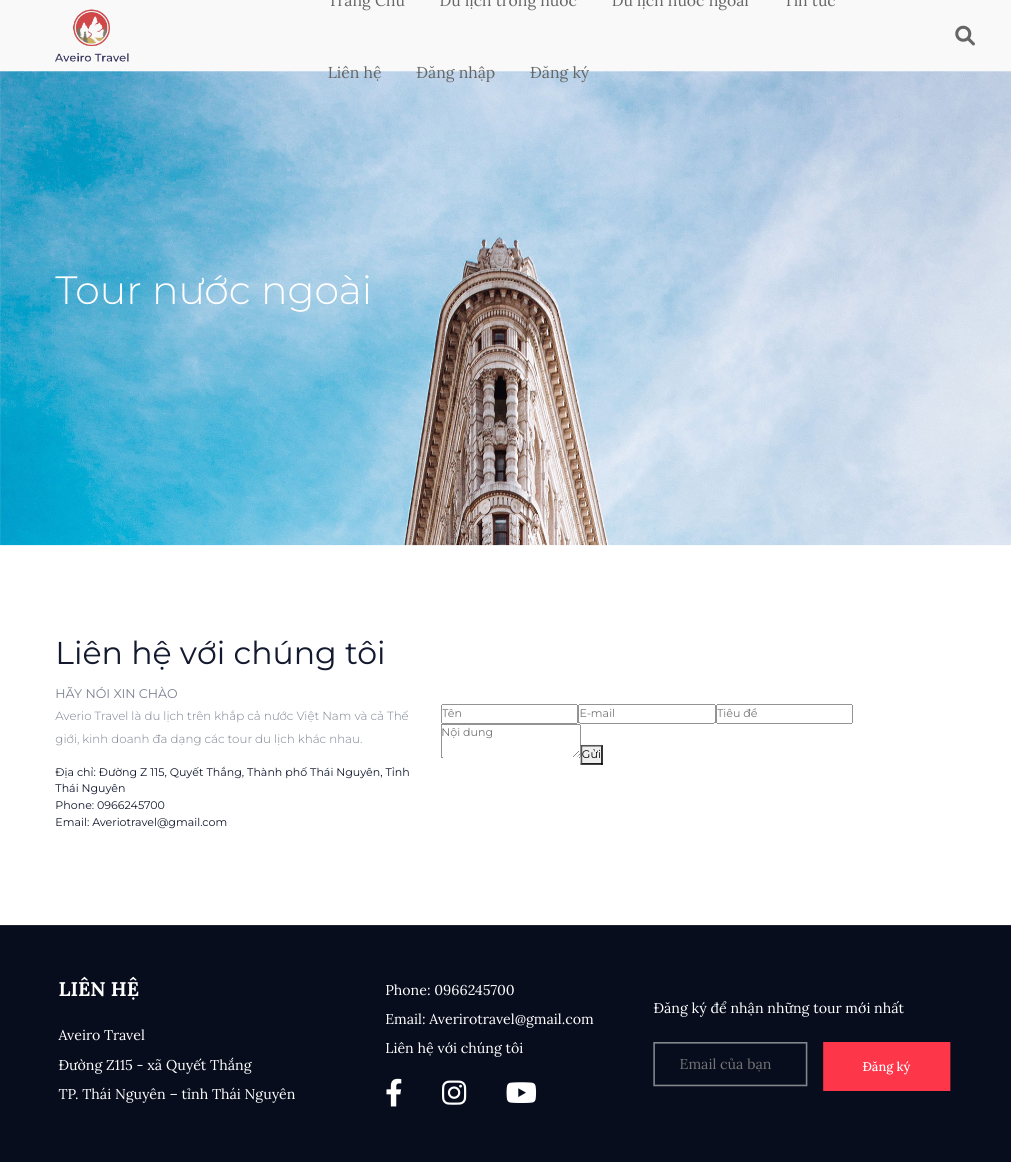
Repository: tuan842001/demotest
Page: /contact
The author's editor kept a copy of each file at every save. The page is drawn from the files as they stood at one save, then again after the next save.
The browser window is 1280 px wide. The pictures show the whole page, at 79% of full size.
The project was rebuilt for these pictures with package versions that can differ from the ones it lists, and the page was loaded fresh each time. Also part of the build but not shown: src/components/header/HeaderHome.jsx, src/components/top/top.css, src/components/post/post.css, src/components/post/Post.jsx, src/components/intourPost/intourPost.css, src/components/intourPost/IntourPost.jsx, src/components/posts/posts.css, src/components/posts/Posts.jsx and 18 more.

Above is the page before, as saved 2021-10-16 18:39:53.

### public/index.html
<!DOCTYPE html>
<html lang="en">
  <head>
    <meta charset="utf-8" />
    <link rel="icon" href="%PUBLIC_URL%/favicon.ico" />
    <meta name="viewport" content="width=device-width, initial-scale=1" />
    <meta name="theme-color" content="#000000" />
    <meta name="description" content="Web site created using create-react-app"/>
    <link href="https://fonts.googleapis.com/css2?family=Lora:wght@400;500;600;700&display=swap" rel="stylesheet">
    <link rel="stylesheet" href="https://cdnjs.cloudflare.com/ajax/libs/font-awesome/6.0.0-beta2/css/all.min.css" integrity="sha512-YWzhKL2whUzgiheMoBFwW8CKV4qpHQAEuvilg9FAn5VJUDwKZZxkJNuGM4XkWuk94WCrrwslk8yWNGmY1EduTA==" crossorigin="anonymous" referrerpolicy="no-referrer" />
    <link href="https://fonts.googleapis.com/css2?family=Lora:ital,wght@1,700&family=Montserrat:wght@200&display=swap" rel="stylesheet">
    <link href="https://fonts.googleapis.com/css2?family=Montserrat:wght@400;500;600;700;800;900&display=swap" rel="stylesheet">
	  <Link rel="stylesheet" href="./assets/styles/bootstrap4/popper.js">
	  <Link rel="stylesheet" href="./assets/styles/bootstrap4/bootstrap.min.js">
	  <Link rel="stylesheet" href="./assets/styles/bootstrap4/bootstrap.min.css">
	  <Link rel="stylesheet" href="./assets/styles/plugins/OwlCarousel2-2.2.1/owl.carousel.css">
	  <Link rel="stylesheet" href="./assets/styles/main_styles.css">
      <!--  -->
      <link rel="stylesheet"  href="./assets/styles/bootstrap4/bootstrap.min.css">
      <Link rel="stylesheet"  href="./assets/styles/js/jquery-3.2.1.min.js">
      <Link rel="stylesheet"  href="./assets/styles/bootstrap4/popper.js">
      <Link rel="stylesheet"  href="./assets/styles/bootstrap4/bootstrap.min.js">
      <Link rel="stylesheet"  href="./assets/plugins/OwlCarousel2-2.2.1/owl.carousel.js">
      <Link rel="stylesheet"  href="./assets/plugins/easing/easing.js">
      <Link rel="stylesheet"  href="./assets/plugins/parallax-js-master/parallax.min.js">
      <Link rel="stylesheet"  href="./assets/plugins/magnific-popup/jquery.magnific-popup.min.js">
      <Link rel="stylesheet"  href="./assets/styles/js/custom.js">
      <!--  -->
      <link
      rel="stylesheet"
      href="https://unpkg.com/swiper/swiper-bundle.min.css"
    />
    <title>Aveiro Travel</title>
  </head>
  <body>
    <noscript>You need to enable JavaScript to run this app.</noscript>
    <div id="root"></div>
  </body>
</html>

### src/pages/contact/Contact.jsx
import HeaderOuttour from "../../components/header/HeaderOuttour";
import Bottombar from "../../components/bottombar/Bottombar";
import "./contact.css";

export default function Contact() {
  return (
    <>
      <HeaderOuttour />
      <div className="contact">
        <div className="container">
          <div className="row">
            <div className="col">
              <div className="contactTitle">Liên hệ với chúng tôi</div>
              <div className="contactSubtitle">Hãy nói xin chào</div>
            </div>
          </div>
          <div className="row contactContent">
            <div className="col-lg-5">
              <div className="contactText">
                <p>
                  Averio Travel là du lịch trên khắp cả nước Việt Nam và cả Thế
                  giới, kinh doanh đa dạng các tour du lịch khác nhau.
                </p>
              </div>
              <div className="ContactInfo">
                <div className="contactInfoContainer">
                  <ul>
                    <li>
                      Địa chỉ: Đường Z 115, Quyết Thắng, Thành phố Thái Nguyên,
                      Tỉnh Thái Nguyên
                    </li>
                    <li>Phone: 0966245700</li>
                    <li>Email: Averiotravel@gmail.com</li>
                  </ul>
                </div>
              </div>
            </div>
            <div className="col-lg-7">
              <div className="ContactFormContainer">
                <form action="#" id="contact_form" class="clearfix">
                  <input
                    id="contact_input_name"
                    class="contact_input contact_input_name"
                    type="text"
                    placeholder="Tên"
                    required="required"
                    data-error="Name is required."
                  />
                  <input
                    id="contact_input_email"
                    class="contact_input contact_input_email"
                    type="text"
                    placeholder="E-mail"
                    required="required"
                    data-error="E-mail is required."
                  />
                  <input
                    id="contact_input_subject"
                    class="contact_input contact_input_subject"
                    type="text"
                    placeholder="Tiêu đề"
                  />
                  <textarea
                    id="contact_input_message"
                    class="contact_message_input contact_input_message"
                    name="message"
                    placeholder="Nội dung"
                    required="required"
                    data-error="Please, write us a message."
                  ></textarea>
                  <button
                    id="contact_send_btn"
                    type="submit"
                    class="contact_send_btn trans_200"
                    value="Submit"
                  >
                    Gửi
                  </button>
                </form>
              </div>
            </div>
          </div>
        </div>
      </div>
      <Bottombar />
    </>
  );
}

### src/components/topbar/TopBar.jsx
import { Link } from "react-router-dom";
import React from "react";
import "./topbar.css";

export default function TopBar() {
  const user = false;
  return (
    <div className="top">
      <div className="topLeft">
        <img
          className="topImg"
          src="./assets/images/logoAveiroTravel.png"
          alt=""
        />
      </div>
      <div className="topCenter">
        <ul className="topList">
          <li className="topListItem">
            <Link
              style={{
                textDecoration: "none",
                color: "inherit",
                fontsize: "20px",
              }}
              to="/"
            >
              Trang Chủ
            </Link>
          </li>
          <li className="topListItem">
            <Link
              style={{
                textDecoration: "none",
                color: "inherit",
                fontsize: "20px",
              }}
              to="/intour"
            >
              Du lịch trong nước
            </Link>
          </li>
          <li className="topListItem">
            <Link
              style={{
                textDecoration: "none",
                color: "inherit",
                fontsize: "20px",
              }}
              to="/outtour"
            >
              Du lịch nước ngoài
            </Link>
          </li>
          <li className="topListItem">
            <Link
              style={{
                textDecoration: "none",
                color: "inherit",
                fontsize: "20px",
              }}
              to="/intour"
            >
              Tin tức
            </Link>
          </li>
          <li className="topListItem">
            <Link
              style={{
                textDecoration: "none",
                color: "inherit",
                fontsize: "20px",
              }}
              to="/contact"
            >
              Liên hệ
            </Link>
          </li>
          <li className="topListItem">
            <Link
              style={{
                textDecoration: "none",
                color: "inherit",
                fontsize: "20px",
              }}
              to="/login"
            >
              Đăng nhập
            </Link>
          </li>
          <li className="topListItem">
            <Link
              style={{
                textDecoration: "none",
                color: "inherit",
                fontsize: "20px",
              }}
              to="/register"
            >
              Đăng ký
            </Link>
          </li>
        </ul>
      </div>
      <div className="topRight">
        <i className="topSearchIcon fas fa-search"></i>
      </div>
    </div>
  );
}

### src/components/bottombar/Bottombar.jsx
import "./bottombar.css";

export default function Bottombar() {
  return (
    <div className="bottombar">
      <div className="bottomLeft">
        <span className="bottomTitle">LIÊN HỆ</span>
        <span className="bottomText">Aveiro Travel</span>
        <span className="bottomText">Đường Z115 - xã Quyết Thắng</span>
        <span className="bottomText">TP. Thái Nguyên – tỉnh Thái Nguyên</span>
      </div>
      <div className="bottomCenter">
        <span className="bottomText">Phone: 0966245700</span>
        <span className="bottomText">Email: Averirotravel@gmail.com</span>
        <span className="bottomText">
          Liên hệ với chúng tôi <i></i>
        </span>
        <div className="bottomItem">
          <i className="bottomIcon fab fa-facebook-f"></i>
          <i className="bottomIcon fab fa-instagram"></i>
          <i className="bottomIcon fab fa-youtube"></i>
        </div>
      </div>
      <div className="bottomRight">
        <span className="bottomText">Đăng ký để nhận những tour mới nhất</span>
        <div className="bottomSubscribe">
          <input
            type="email"
            id="bottom_input"
            className="bottom_input"
            placeholder="Email của bạn"
          />
          <button type="submit" id="bottom_button" class="bottom_button">
            Đăng ký
          </button>
        </div>
      </div>
    </div>
  );
}

### src/app.css
*{
    margin: 0;
    padding: 0;
    -webkit-font-smoothing: antialiased;
    -webkit-text-shadow: rgba(0,0,0,.01) 0 0 1px;
    text-shadow: rgb(0 0 0 / 1%) 0 0 1px;
}
body{
    font-family: 'Montserrat', sans-serif;
    font-size: 14px;
    font-weight: 400;
    background: #FFFFFF;
    color: #131a2f;
}
ul{
    list-style: none;
    margin-bottom: 0px;
    padding-left: 0rem !important;
}
a{
    display: block;
    font-size: 16px;
    font-weight: 500;
    line-height: 56px;
    text-decoration: none;
    background-color: transparent;
}

.sectionTitle{
    padding-top: 30px;
    line-height: 1.1;
    font-size: 40px;
    font-weight: 300;
    text-align: center!important;

}
.sectionTitle div {
    font-size: 16px;
    font-weight: 600;
    color: #7d8293;
    text-transform: uppercase;
    margin-top: 19px;
}
img{
    vertical-align: middle;
    border-style: none;
}
/* div{
    display: block;
    position: relative;
    -webkit-box-sizing: border-box;
    -moz-box-sizing: border-box;
    box-sizing: border-box;
} */


.dropdown-content {
    display: none;
    position: absolute;
    right: 0;
    top: 100%;
    margin: 0;
    width: 100%;
    background: #FFFFFF;

    z-index: 1;
    box-shadow: 0 15px 25px rgb(63 78 100 / 15%);
}

.dropdown:hover .dropdown-content {
    display: block;
}
.btn-primary {
    color: #fff;
    background-color: #fe435b;
    border-color: #fe435b;
    font-weight: 500;
}

### src/components/header/HeaderOuttour.jsx
import "./header.css";

export default function HeaderOuttour() {
  return (
    <div>
      <div className="headerIntour">
        <div className="headerIntourBackground">
          <img src="./assets/images/news.jpg" alt="" />
        </div>
        <div class="container">
          <div class="row">
            <div class="col">
              <div class="header_content">
                <div class="header_content_inner">
                  <div class="header_title">Tour nước ngoài</div>
                  <div class="header_breadcrumbs">
                    <ul class="header_breadcrumbs_list">
                      <li class="header_breadcrumb"></li>
                    </ul>
                  </div>
                </div>
              </div>
            </div>
          </div>
        </div>
      </div>
    </div>
  );
}

### src/pages/contact/contact.css
.contact {
    padding-top: 107px;
    padding-bottom: 120px;
}
.contactTitle {
    font-size: 40px;
    font-weight: 400;
    color: #131a2f;
}
.contactSubtitle {
    font-size: 16px;
    text-transform: uppercase;
    color: #7d8293;
    margin-top: 10px;
}
.contactInfo {
    margin-top: 75px;
}

### src/components/topbar/topbar.css
.top{
    width: 100%;
    height: 90px;
    background-color: #f9f9f9;
    position: sticky;
    top: 0;
    display: flex;
    align-items: center;
    font-family: 'Lora', serif;
    color: #666;
    z-index: 999;
}

.topLeft{
    flex: 2;
    display: flex;
    align-items: center;
    justify-content: center;
}
.topCenter{
    flex: 8;
}
.topCenter ul{
    padding-left: 10rem !important;
}
.topRight{
    flex: 1;
    display: inline-flex;
    height: 100%;
}
.topImg{
    width: 140px;
    height: 90px;
    object-fit: cover;
}
.topList{
    height: 100%;
}
.topListItem{
    display: inline-block;
    position: relative;
    padding-top: 2px;
}
.topListItem a {
    display: block;
    font-size: 20px;
    font-weight: 400;
    line-height: 90px;
    padding-left: 22px;
    padding-right: 22px;
}
.topSearchIcon{
    font-size: 25px;
    width: 100%;
    color: #666;
    text-align: center;
    margin-left: auto;
    margin-right: auto;
    line-height: 90px;
    cursor: pointer;
}
.topListItem.active::after {
    display: block;
    position: absolute;
    bottom: 1px;
    left: 0;
    width: 100%;
    height: 3px;
    background: #fe435b;
    content: '';
}

### src/components/bottombar/bottombar.css
.bottombar{
    width: 100%;
    height: 300px;
    background-color: #080d1d;
    display: flex;
    align-items: center;
    font-family: 'Lora', serif;
    color: #fff;
    font-size: 18px;
    position: absolute;
}
.bottomLeft, .bottomCenter {
    flex: 3;
    display: flex;
    flex-direction: column;
    justify-content: center;
    margin-left: 74px;
}

.bottomRight{
    flex: 4;
    display: flex;
    flex-direction: column;
    justify-content: center;
}
.bottomTitle{
    font-size: 25px;
    font-weight: 700;
    margin-bottom: 25px;
}
.bottomText{
    margin-bottom: 10px;
}
.bottomIcon{
    font-size: 35px;
    margin-top: 15px;
    margin-right: 50px;
    cursor: pointer;
}
.bottomSubscribe{
    display: flex;
    margin-top: 20px;
}
.bottom_input{
    width: calc(65% - 100px);
    height: 56px;
    border: solid 2px rgba(255,255,255,0.5);
    outline: none;
    background: transparent;
    padding-left: 31px;
    color: #FFFFFF;
}
.bottom_button{
    width: 161px;
    height: 62px;
    vertical-align: top;
    cursor: pointer;
    border: none;
    outline: none;
    background: #fe364a;
    color: #FFFFFF;
    font-size: 16px;
    margin-left: 20px;
    font-weight: 500;
    -webkit-transition: all 200ms ease;
    -moz-transition: all 200ms ease;
    -ms-transition: all 200ms ease;
    -o-transition: all 200ms ease;
    transition: all 200ms ease;
}

### src/components/header/header.css
.header{
    width: 100%;
    height: 100vh;
    font-family: 'Montserrat', sans-serif;
}
.headerBackground, .headerBackground img{
    position: absolute;
    top: 0;
    left: 0;
    width: 100%;
    height: 100%;
    background-repeat: no-repeat;
    background-size: cover;
    background-position: center center;
}
.headerContent{
    position: absolute;
    top: 25%;
    left: 50%;
    -webkit-transform: translateX(-50%);
    -moz-transform: translateX(-50%);
    -ms-transform: translateX(-50%);
    -o-transform: translateX(-50%);
    transform: translateX(-50%);
    width: 80%;
    text-align: center;
}
.headerTitleSm{
    position: absolute;
    top: 50%;
    left: 48%;
    -webkit-transform: translate(-50%, -50%);
    -moz-transform: translate(-50%, -50%);
    -ms-transform: translate(-50%, -50%);
    -o-transform: translate(-50%, -50%);
    transform: translate(-50%, -50%);
    width: 100%;
    font-size: 72px;
    font-weight: 400;
    color: #FFFFFF;
    text-shadow: 0px 11px 51px rgb(0 0 0 / 35%);

}
.headerTitleLg{
    font-size: 220px;
    font-weight: 900;
    color: #fdaa27;
    opacity: 0.35;
    text-transform: uppercase;
    line-height: 0.75;
}

/* Header Intour */
.headerIntour{
    width: 100%;
    height: 600px;
}
.headerIntourBackground, .headerIntourBackground img{
    position: absolute;
    top: 0;
    left: 0;
    width: 100%;
    height: 100%;
    background-repeat: no-repeat;
    background-size: cover;
    background-position: center center;
}
.header_content {
    width: 100%;
    height: 601px;
}
.header_content_inner {
    position: absolute;
    top: 40%;
    left: 0;
    width: 100%;
    text-align: left;
}
.header_title {
    font-size: 50px;
    font-weight: 300;
    color: #FFFFFF;
}
.header_breadcrumbs {
    margin-top: -6px;
}

Loaded but not shown: src/index.js (common file); public/assets/styles/bootstrap4/popper.js (library); public/assets/styles/bootstrap4/bootstrap.min.js (library); public/assets/styles/bootstrap4/bootstrap.min.css (library); public/assets/styles/plugins/OwlCarousel2-2.2.1/owl.carousel.css (library); public/assets/styles/js/jquery-3.2.1.min.js (library); public/assets/styles/plugins/OwlCarousel2-2.2.1/owl.carousel.js (library); public/assets/styles/plugins/easing/easing.js (library); public/assets/styles/plugins/parallax-js-master/parallax.min.js (library); public/assets/styles/plugins/magnific-popup/jquery.magnific-popup.min.js (library); public/assets/styles/js/custom.js (219 lines, source omitted); src/App.js (47 lines, source omitted); public/assets/styles/main_styles.css (1627 lines, source omitted); src/pages/outtour/test.css (1543 lines, source omitted); src/pages/intour/intour.css (no stored copy; drawn as an empty file)

After the next save:
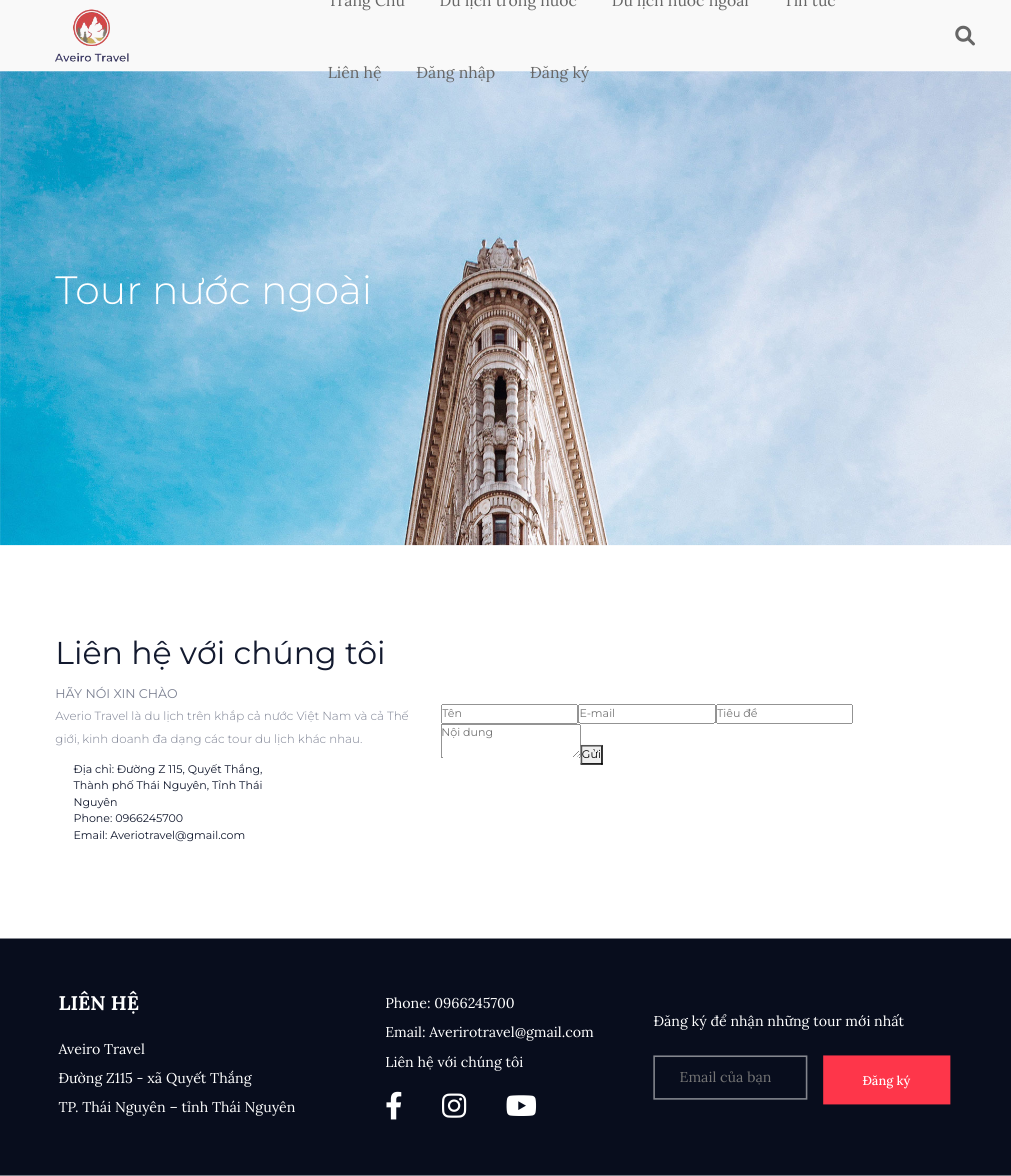
Saved 36 s later.
--- a/src/pages/contact/contact.css
+++ b/src/pages/contact/contact.css
@@ -16,3 +16,10 @@
 .contactInfo {
     margin-top: 75px;
 }
+.contactInfoContainer {
+    display: inline-block;
+    vertical-align: top;
+    margin-top: -4px;
+    padding-left: 23px;
+    max-width: 310px;
+}
